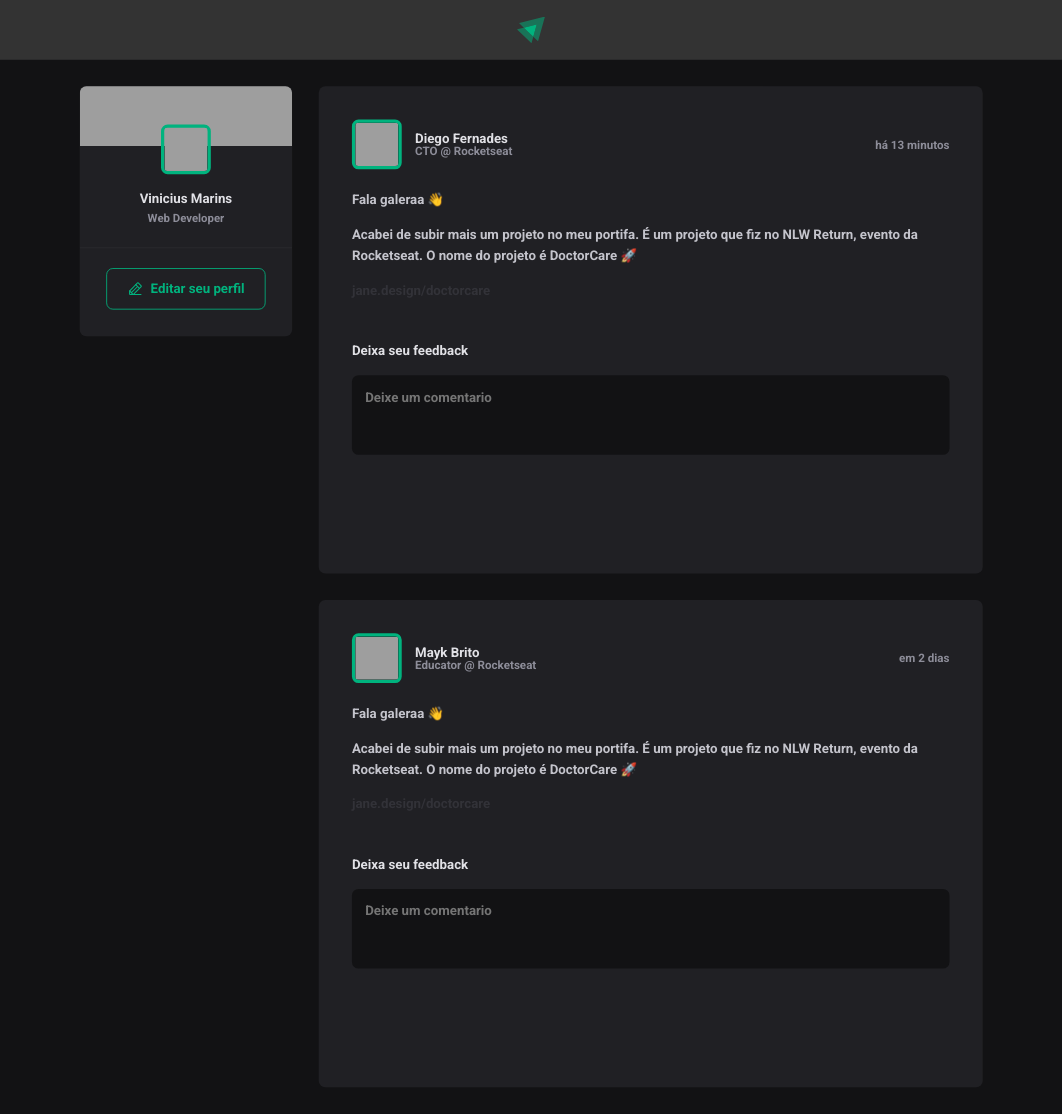
Repository: viniimartins/FeedROCKETSEAT
Page: /
These files come from the project's save history. The page is drawn as it stood at one moment and after a run of saves; the edit follows.
The browser window is 1280 px wide. The pictures show the whole page, at 83% of full size.
Pictures or frames that could not be fetched are drawn as grey boxes. The project was rebuilt for these pictures with package versions that can differ from the ones it lists, and the page was loaded fresh each time. Also part of the build but not shown: vite.config.ts, src/Components/Comment.module.css, src/Components/Comment.tsx.

Above is the page before, as saved 2023-05-04 17:26:05.

After the next 3 saves:
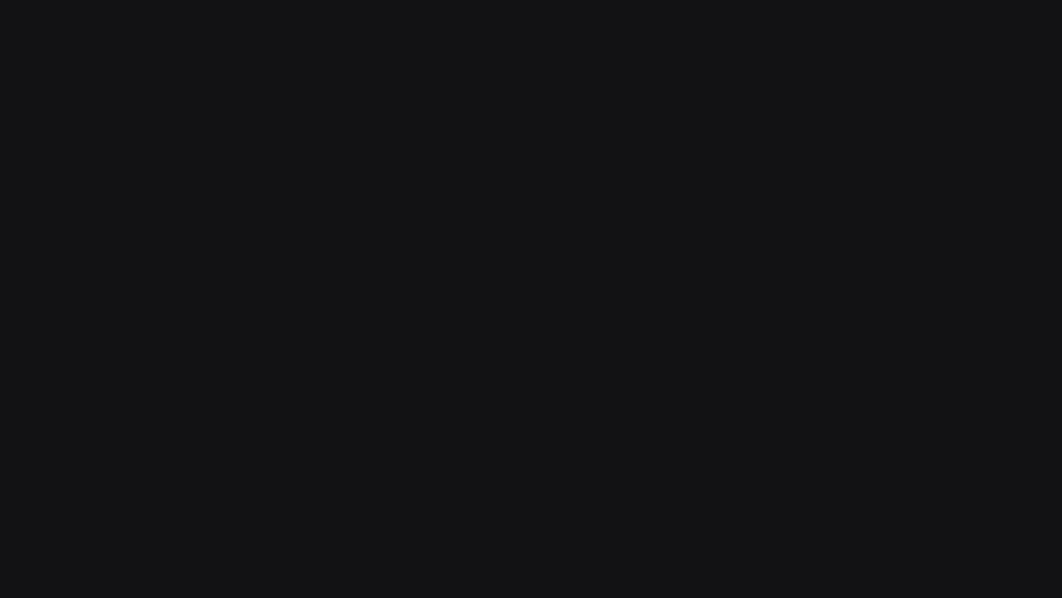
Console error: ReferenceError: Post is not defined
The 3 saves are shown as one change because they came seconds apart.
The last was saved 8 s later.
--- a/src/App.tsx
+++ b/src/App.tsx
@@ -1,28 +1,10 @@
 import { Header } from "./Components/Header";
 import { Sidebar } from "./Components/Sidebar";
-import { Post } from "./Components/Post";
+import { Posts } from "./Components/Post";
 
 import styles from "./App.module.css";
 
 import "./global.css";
-
-interface Author {
-  name: string;
-  avatarUrl: string;
-  role: string;
-}
-
-interface Content {
-  type: "paragraph" | "link";
-  content: string;
-}
-
-type Posts = {
-  id: number;
-  author: Author;
-  content: Content[];
-  publishedAt: Date;
-};
 
 const posts: Posts[] = [
   {

After the 6 saves that followed:
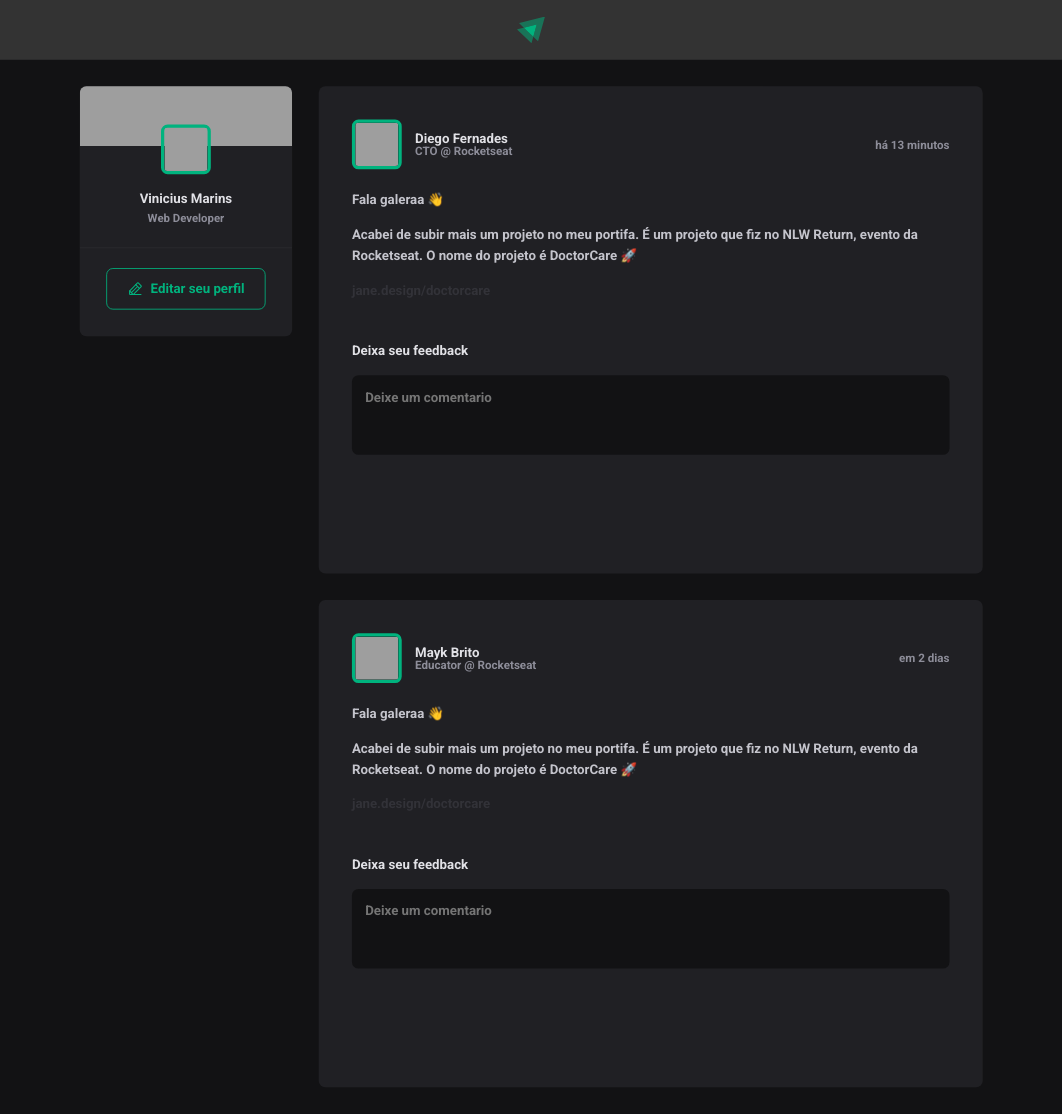
The error is gone.
The 6 saves are shown as one change because 4 left the picture as it was and some came seconds apart.
The last was saved 68 s later.
--- a/src/App.tsx
+++ b/src/App.tsx
@@ -1,12 +1,12 @@
 import { Header } from "./Components/Header";
 import { Sidebar } from "./Components/Sidebar";
-import { Posts } from "./Components/Post";
+import { Post, PostProps } from "./Components/Post";
 
 import styles from "./App.module.css";
 
 import "./global.css";
 
-const posts: Posts[] = [
+const posts: PostProps[] = [
   {
     id: 1,
     author: {
--- a/src/Components/Post.tsx
+++ b/src/Components/Post.tsx
@@ -18,13 +18,14 @@
   content: string;
 }
 
-interface Posts {
+export interface PostProps {
+  id: number;
   author: Author;
   publishedAt: Date;
   content: Content[];
 }
 
-export function Post({ author, publishedAt, content }: Posts) {
+export function Post({ author, publishedAt, content }: PostProps) {
   const publisheddDateFormatted = format(
     publishedAt,
     "d 'de' LLLL 'às' HH:mm'h'",
